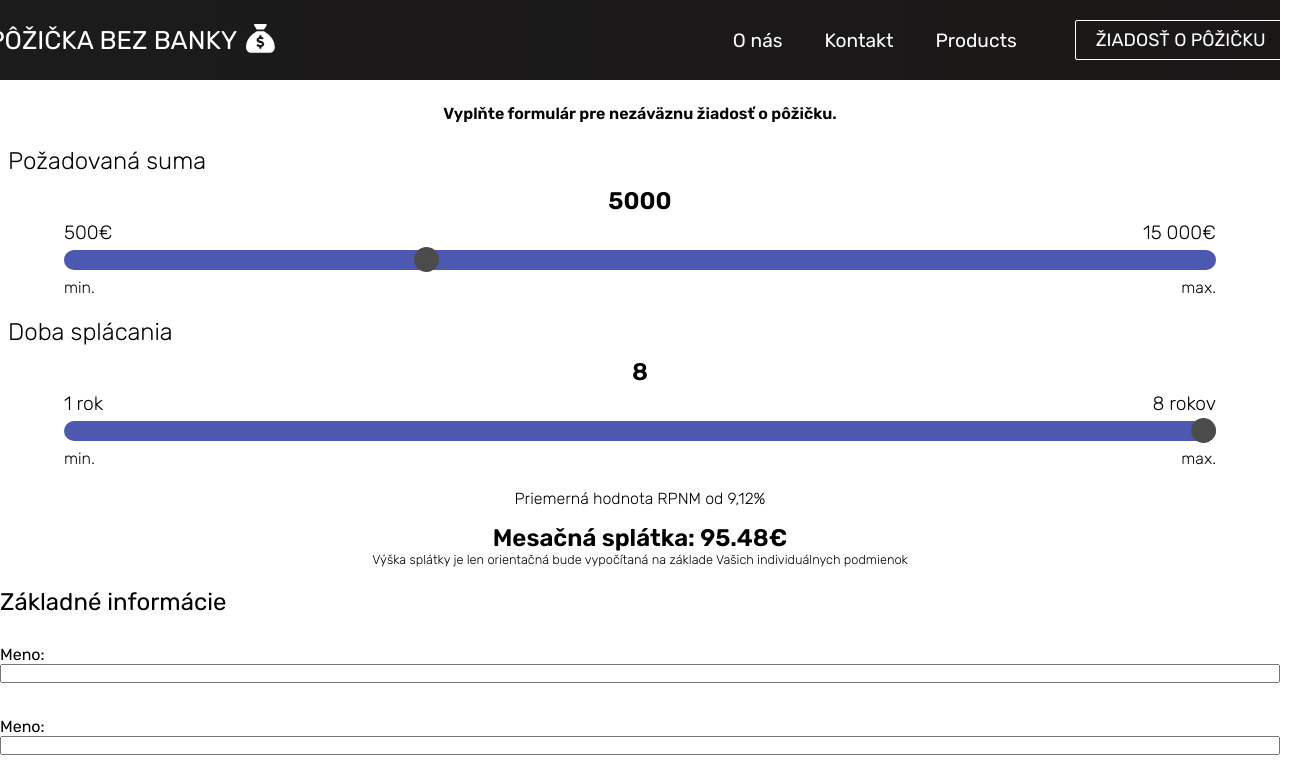
Repository: steve-lgtm/React-website-pozickabezbanky
Page: /ziadost
These files come from the project's save history. The page is drawn as it stood at one moment and after the next save; the edit follows.
The browser window is 1280 px wide. The page is 1305 px wide, so the pictures cover 1305 px, including what lies to the right of the window. The pictures show the whole page.
Some web libraries are served in a nearby version. The project was rebuilt for these pictures with package versions that can differ from the ones it lists, and the page was loaded fresh each time. Also part of the build but not shown: src/components/pages/Home.js, src/components/pages/Kontakt.js, src/components/pages/Products.js.

Above is the page before, as saved 2022-07-09 00:04:20.

After the next save:
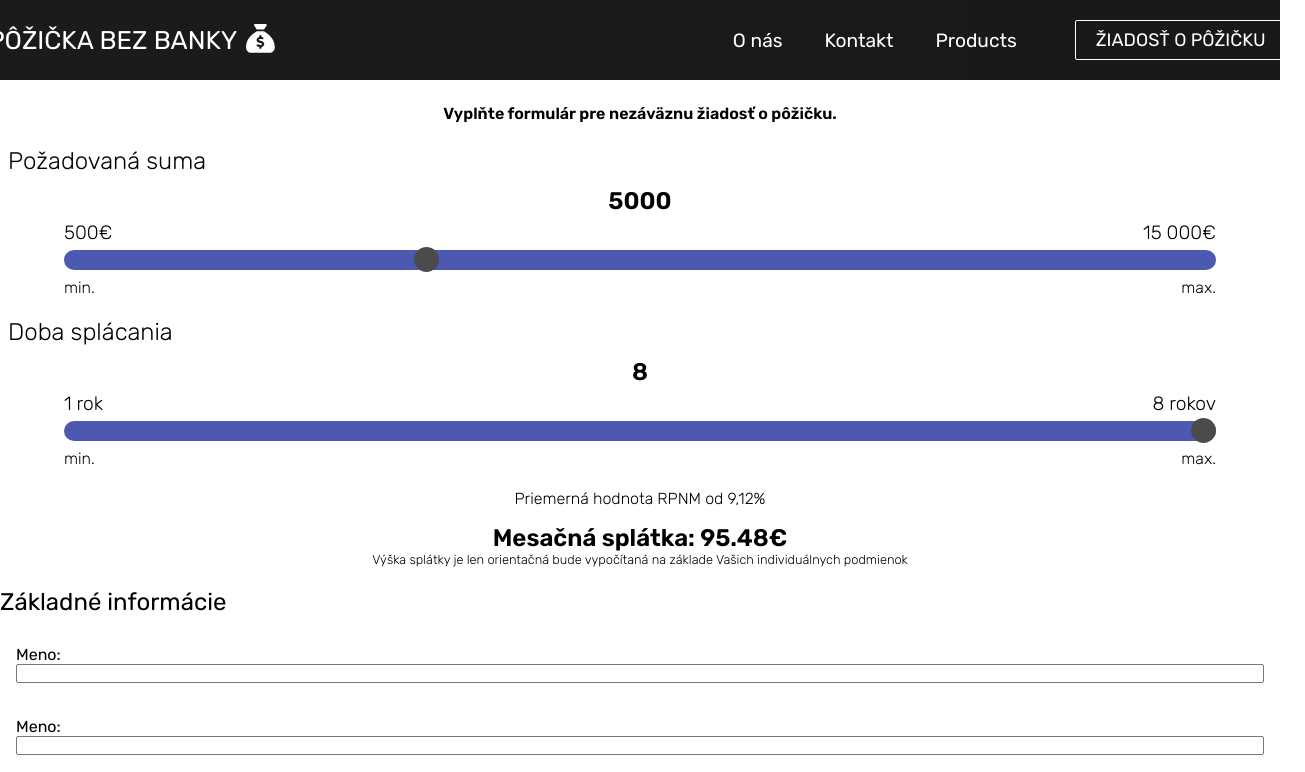
Saved 18 s later.
--- a/src/components/pages/Ziadost.css
+++ b/src/components/pages/Ziadost.css
@@ -88,5 +88,5 @@ font-weight: 300;
 .personal-data-field{
     display: flex;
     flex-direction: column;
-
+    margin: 1em;
 }
